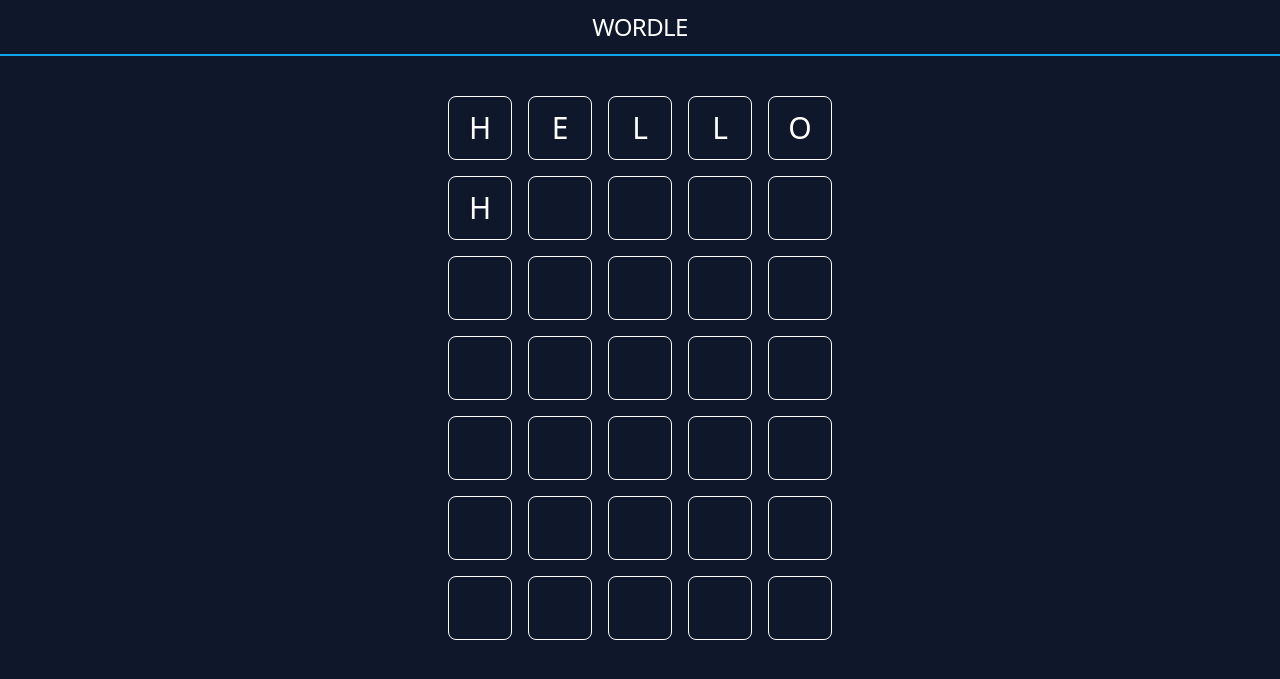
Repository: hjubsoni/basic-wordle-game
Page: / (app in client/)
These files come from the project's save history. The page is drawn as it stood at one moment and after the next save; the edit follows.
The browser window is 1280 px wide. The pictures show the whole page.
The page's requests for data from a server got no answer. The project was rebuilt for these pictures with package versions that can differ from the ones it lists, and the page was loaded fresh each time. No one was signed in, and anything a server would have sent is missing. Also part of the build but not shown: client/vite.config.ts.

Above is the page before, as saved 2023-01-27 13:01:54.

After the next save:
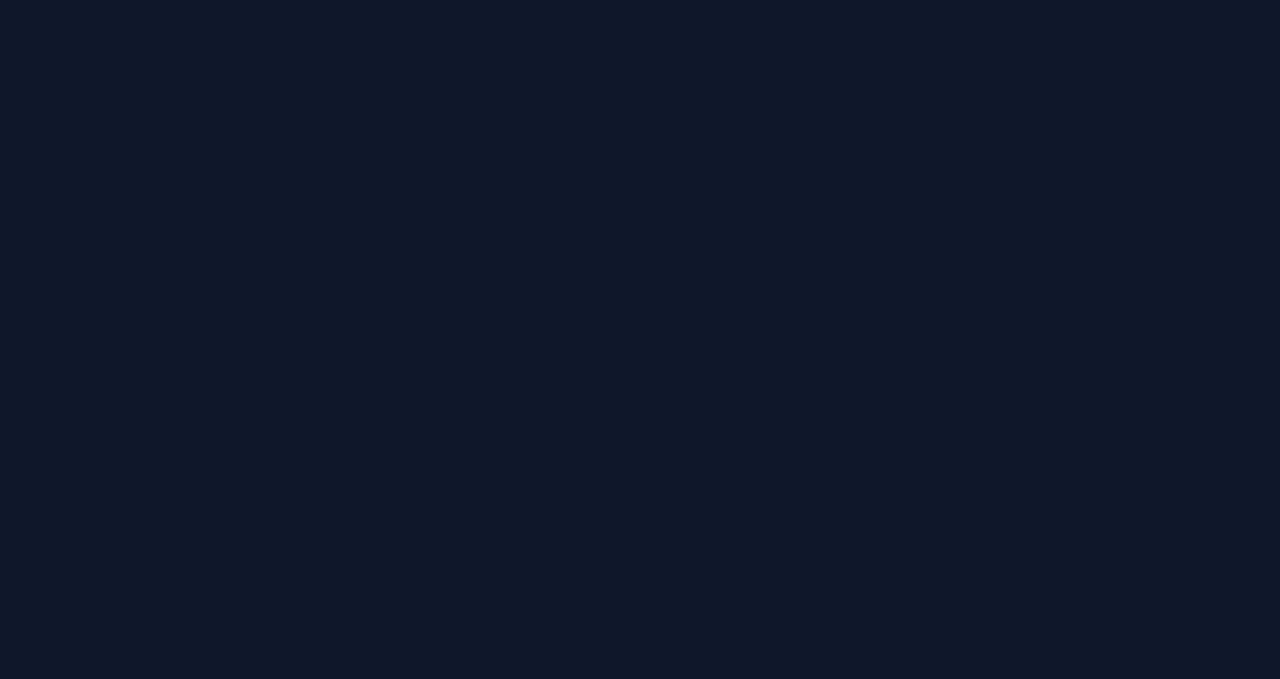
Console error: ReferenceError: correctWord is not defined
Saved 3 min 27 s later.
--- a/client/src/components/Game/Game.tsx
+++ b/client/src/components/Game/Game.tsx
@@ -4,7 +4,6 @@
 import Cell from '../Cell';
 
 function Game() {
-  const [correctWord, setCorrectWord] = React.useState('');
   const [guessedWords, setGuessedWords] = React.useState<string[]>([
     'hello',
     'h',
@@ -14,12 +13,6 @@
     '',
     '',
   ]);
-
-  const generateCorrectWord = async () => {
-    const response = await fetch('http://localhost:5000/api');
-    const words = await response.json();
-    setCorrectWord(words[Math.floor(Math.random() * words.length)]);
-  };
 
   function bla(ev: React.MouseEvent<HTMLElement, MouseEvent>) {
     console.log(ev);

After the 3 saves that followed:
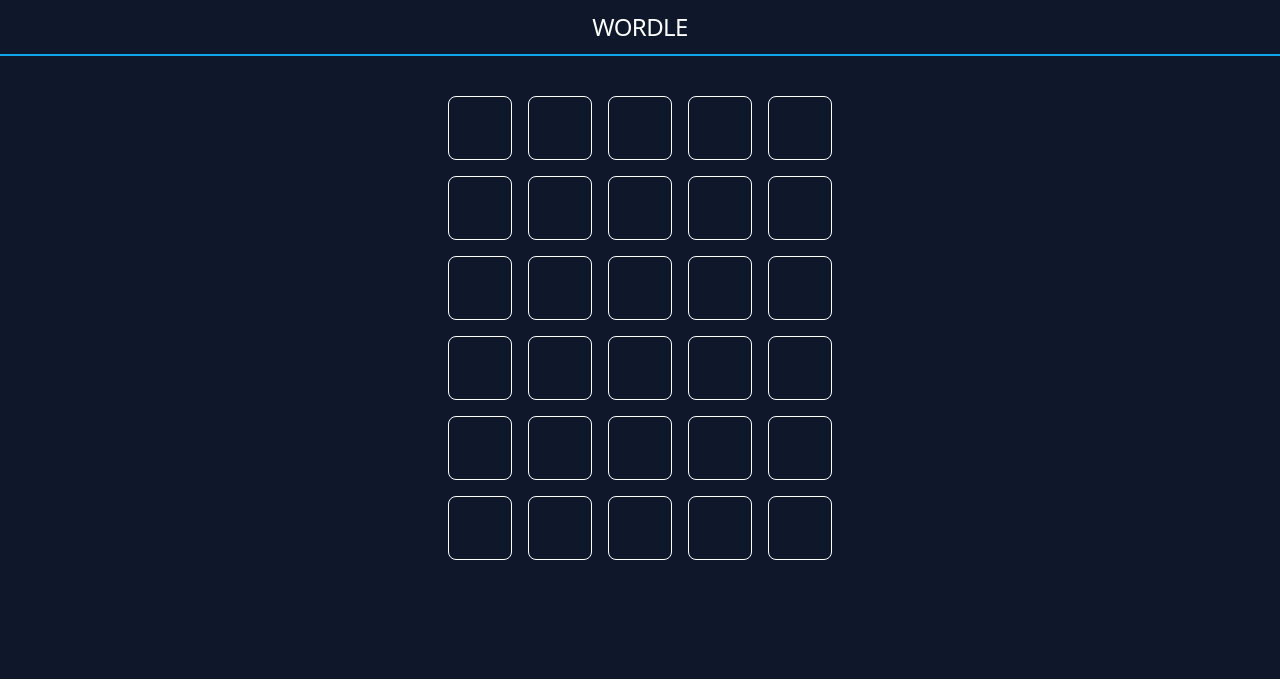
The error is gone.
The 3 saves are shown as one change because 2 left the picture as it was.
The last was saved 2 min 15 s later.
--- a/client/src/App.tsx
+++ b/client/src/App.tsx
@@ -3,10 +3,21 @@
 import Game from './components/Game';
 
 function App() {
+  const [correctWord, setCorrectWord] = React.useState('');
+
+  const generateCorrectWord = async () => {
+    const response = await fetch('http://localhost:5000/api');
+    const words = await response.json();
+    setCorrectWord(words[Math.floor(Math.random() * words.length)]);
+  };
+
+  React.useEffect(() => {
+    generateCorrectWord();
+  }, []);
   return (
     <div className="h-full">
       <Header />
-      <Game />
+      <Game correctWord={correctWord} />
     </div>
   );
 }
--- a/client/src/components/Game/Game.tsx
+++ b/client/src/components/Game/Game.tsx
@@ -3,23 +3,15 @@
 import Row from '../Row';
 import Cell from '../Cell';
 
-function Game() {
-  const [guessedWords, setGuessedWords] = React.useState<string[]>([
-    'hello',
-    'h',
-    '',
-    '',
-    '',
-    '',
-    '',
-  ]);
+function Game({ correctWord }: { correctWord: string }) {
+  const [guessedWords, setGuessedWords] = React.useState<string[]>(
+    new Array(6).fill('')
+  );
 
   function bla(ev: React.MouseEvent<HTMLElement, MouseEvent>) {
     console.log(ev);
   }
-  React.useEffect(() => {
-    window.addEventListener('click', bla);
-  }, []);
+
   console.log(correctWord);
   return (
     <main className="flex items-center justify-center ">
